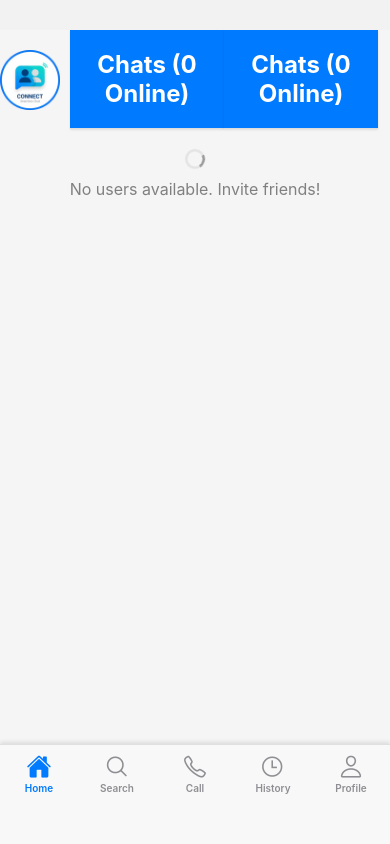
Repository: UdayRaj04/Chatapp_native
Screen: /MainTabs (app in ChatAppFrontend/)
An editor plug-in stored every save of this project. The screen is shown before and after a run of saves, followed by the edit.
The app was drawn by React Native's web renderer in a window 390 px wide. The project was rebuilt for these pictures with package versions that can differ from the ones it lists, and the page was loaded fresh each time. Some packages were replaced by stand-ins written for this rebuild. Also part of the build but not shown: ChatAppFrontend/screens/RegisterScreen.tsx, ChatAppFrontend/screens/ChatScreen.tsx, ChatAppFrontend/screens/SearchScreen.tsx, ChatAppFrontend/screens/AnalyticsScreen.tsx, ChatAppFrontend/screens/HistoryScreen.tsx, ChatAppFrontend/screens/ProfileScreen.tsx.

Above is the screen before, as saved 2025-09-09 17:52:13.

### ChatAppFrontend/App.tsx
import 'react-native-get-random-values';  // Polyfill first
import React from 'react';
import { NavigationContainer } from '@react-navigation/native';
import { createStackNavigator } from '@react-navigation/stack';
import { createBottomTabNavigator } from '@react-navigation/bottom-tabs';
import { Ionicons } from '@expo/vector-icons';
import { LogBox, View } from 'react-native';
import { SafeAreaProvider } from 'react-native-safe-area-context';  // New: For dynamic insets

// Suppress warnings
LogBox.ignoreLogs([
  'Text strings must be rendered within a <Text> component',
  'VirtualizedList: You have a large list that is slow to initial render',
  'Require cycle:',
  /Warning: [A-Za-z ]*Text strings[A-Za-z ]*/,
]);

// Your existing screens
import LoginScreen from './screens/LoginScreen';
import RegisterScreen from './screens/RegisterScreen';
import ChatListScreen from './screens/ChatListScreen';
import ChatScreen from './screens/ChatScreen';

// Placeholder screens (ensure they exist)
import SearchScreen from './screens/SearchScreen';
import AnalyticsScreen from './screens/AnalyticsScreen';
import HistoryScreen from './screens/HistoryScreen';
import ProfileScreen from './screens/ProfileScreen';

const Stack = createStackNavigator();
const Tab = createBottomTabNavigator();

// Main Tab Navigator (enhanced with safe area for no overlap)
function MainTabs() {
  return (
    <Tab.Navigator
      screenOptions={({ route }) => ({
        tabBarIcon: ({ focused, color, size }) => {
          let iconName: keyof typeof Ionicons.glyphMap;

          if (route.name === 'Chats') {
            iconName = focused ? 'home' : 'home-outline';
          } else if (route.name === 'Search') {
            iconName = focused ? 'search' : 'search-outline';
          } else if (route.name === 'Call') {
            iconName = focused ? 'call' : 'call-outline';
          } else if (route.name === 'History') {
            iconName = focused ? 'time' : 'time-outline';
          } else {
            iconName = focused ? 'person' : 'person-outline';
          }

          return <Ionicons name={iconName} size={size} color={color} />;
        },
        tabBarActiveTintColor: '#007AFF',
        tabBarInactiveTintColor: '#8e8e93',
        tabBarStyle: {
          backgroundColor: '#f8f8f8',
          borderTopWidth: 0.5,
          borderTopColor: '#e0e0e0',
          elevation: 8,
          shadowColor: '#000',
          shadowOffset: { width: 0, height: -2 },
          shadowOpacity: 0.1,
          shadowRadius: 4,
          height: 100,  // Increased: Taller tab bar (60 was too tight; 70 + labels)
          paddingBottom: 50,  // Reduced top padding for balance
          paddingTop: 5,
          position: 'absolute',  // Explicit: Ensures absolute positioning
          bottom: 0,  // Pin to bottom
          left: 0,
          right: 0,
          marginBottom: 0,  // No extra margin
        },
        tabBarLabelStyle: {
          fontSize: 10,
          fontWeight: '600',
          marginBottom: 0,  // Tight labels
        },
        headerShown: false,
        lazy: true,
        // New: Apply safe area padding to tab screens (prevents overlap)
        cardStyle: { paddingBottom: 0 },  // No extra card padding
      })}
    >
      <Tab.Screen name="Chats" component={ChatListScreen} options={{ title: 'Home' }} />
      <Tab.Screen name="Search" component={SearchScreen} options={{ title: 'Search' }} />
      <Tab.Screen name="Call" component={AnalyticsScreen} options={{ title: 'Call' }} />
      <Tab.Screen name="History" component={HistoryScreen} options={{ title: 'History' }} />
      <Tab.Screen name="Profile" component={ProfileScreen} options={{ title: 'Profile' }} />
    </Tab.Navigator>
  );
}

// Main App - Wrapped in SafeAreaProvider
export default function App() {
  return (
    <SafeAreaProvider>  {/* New: Enables useSafeAreaInsets() */}
      <View style={{ flex: 1 }}>
        <NavigationContainer>
          <Stack.Navigator
            initialRouteName="Login"
            screenOptions={{
              headerShown: false,
              cardStyle: { backgroundColor: '#f5f5f5' },
            }}
          >
            <Stack.Screen name="Login" component={LoginScreen} />
            <Stack.Screen name="Register" component={RegisterScreen} />
            <Stack.Screen name="MainTabs" component={MainTabs} />
            <Stack.Screen
              name="Chat"
              component={ChatScreen}
              options={{
                headerShown: true,
                headerTitle: 'Chat',
                headerStyle: { backgroundColor: '#007AFF' },
                headerTintColor: '#fff',
                presentation: 'modal',
                // Hide tabs in chat to avoid overlap
                tabBarStyle: { display: 'none' },
              }}
            />
          </Stack.Navigator>
        </NavigationContainer>
      </View>
    </SafeAreaProvider>
  );
}

### ChatAppFrontend/screens/LoginScreen.tsx
import React, { useState } from 'react';
import {
  View,
  TextInput,
  TouchableOpacity,
  Text,
  StyleSheet,
  Alert,
  ActivityIndicator,
  KeyboardAvoidingView,
  Platform,
  Image,  // New: For logo
} from 'react-native';
import { Ionicons } from '@expo/vector-icons';  // For input icons
import { useSafeAreaInsets } from 'react-native-safe-area-context';  // For insets (provider in App.tsx)
import { useNavigation } from '@react-navigation/native';  // For navigation
import AsyncStorage from '@react-native-async-storage/async-storage';
import axios, { AxiosError } from 'axios';

const API_BASE = 'http://192.168.29.93:5000/api';

interface LoginResponse {
  token: string;
  user: {
    id?: string;
    _id?: string;
    username: string;
    email: string;
  };
}

export default function LoginScreen() {
  const [email, setEmail] = useState<string>('');
  const [password, setPassword] = useState<string>('');
  const [loading, setLoading] = useState<boolean>(false);
  const [emailError, setEmailError] = useState<string>('');
  const [passwordError, setPasswordError] = useState<string>('');
  const navigation = useNavigation<any>();
  const insets = useSafeAreaInsets();  // Use insets from root provider

  const validateEmail = (email: string): boolean => {
    const emailRegex = /^[^\s@]+@[^\s@]+\.[^\s@]+$/;
    if (!email) {
      setEmailError('Email is required');
      return false;
    }
    if (!emailRegex.test(email)) {
      setEmailError('Invalid email format');
      return false;
    }
    setEmailError('');
    return true;
  };

  const validatePassword = (password: string): boolean => {
    if (!password) {
      setPasswordError('Password is required');
      return false;
    }
    if (password.length < 6) {
      setPasswordError('Password must be at least 6 characters');
      return false;
    }
    setPasswordError('');
    return true;
  };

  const handleLogin = async (): Promise<void> => {
    if (!validateEmail(email) || !validatePassword(password)) return;

    setLoading(true);
    try {
      const response = await axios.post<LoginResponse>(`${API_BASE}/auth/login`, {
        email,
        password,
      });
      await AsyncStorage.setItem('token', response.data.token);
      await AsyncStorage.setItem('user', JSON.stringify(response.data.user));
      navigation.replace('MainTabs');  // Navigate to tabs on success
    } catch (err) {
      const error = err as AxiosError;
      Alert.alert('Login Failed', error.response?.data?.error || 'Invalid credentials');
    } finally {
      setLoading(false);
    }
  };

  return (
    <KeyboardAvoidingView
      style={[styles.container, { paddingTop: insets.top }]}
      behavior={Platform.OS === 'ios' ? 'padding' : 'height'}
      enabled={true}
    >
      {/* Title with Logo */}
      <View style={styles.titleContainer}>
        {/* New: Bigger Logo */}
        <Image
          source={require('../assets/logos.png')}  // Adjust path if needed (e.g., '../../assets/logo.png')
          style={styles.logo}
          resizeMode="contain"
        />
        <Text style={styles.title}>Seamless Chat</Text>
        <Text style={styles.subtitle}>Welcome back! Sign in to continue</Text>
      </View>

      {/* Form */}
      <View style={styles.formContainer}>
        {/* Email Input */}
        <View style={styles.inputContainer}>
          <Ionicons name="mail" size={24} color="#999" style={styles.inputIcon} />
          <TextInput
            style={[styles.input, emailError ? styles.inputError : null]}
            value={email}
            onChangeText={(text) => {
              setEmail(text);
              if (emailError) validateEmail(text);
            }}
            placeholder="Email"
            keyboardType="email-address"
            autoCapitalize="none"
            onBlur={() => validateEmail(email)}
          />
        </View>
        {emailError ? <Text style={styles.errorText}>{emailError}</Text> : null}

        {/* Password Input */}
        <View style={styles.inputContainer}>
          <Ionicons name="lock-closed" size={24} color="#999" style={styles.inputIcon} />
          <TextInput
            style={[styles.input, passwordError ? styles.inputError : null]}
            value={password}
            onChangeText={(text) => {
              setPassword(text);
              if (passwordError) validatePassword(text);
            }}
            placeholder="Password"
            secureTextEntry={true}
            onBlur={() => validatePassword(password)}
          />
        </View>
        {passwordError ? <Text style={styles.errorText}>{passwordError}</Text> : null}

        {/* Login Button */}
        <TouchableOpacity
          style={[styles.button, loading ? styles.buttonDisabled : null]}
          onPress={handleLogin}
          disabled={loading}
          activeOpacity={0.7}
        >
          {loading ? (
            <ActivityIndicator size="small" color="#fff" />
          ) : (
            <Text style={styles.buttonText}>Login</Text>
          )}
        </TouchableOpacity>

        {/* Register Link */}
        <TouchableOpacity
          style={styles.linkContainer}
          onPress={() => navigation.navigate('Register')}
        >
          <Text style={styles.linkText}>Don't have an account? Register</Text>
        </TouchableOpacity>
      </View>
    </KeyboardAvoidingView>
  );
}

const styles = StyleSheet.create({
  container: {
    flex: 1,
    backgroundColor: '#f5f5f5',
    justifyContent: 'center',
    alignItems: 'center',
  },
  titleContainer: {
    alignItems: 'center',
    marginBottom: 50,  // Increased: More space after logo/title to form
  },
  // New: Logo Style (Bigger, Centered)
  logo: {
    width: 120,  // Bigger size - adjust as needed (e.g., 100 for smaller)
    height: 120,
    marginBottom: 20,  // Space between logo and title
    alignSelf: 'center',
  },
  title: {
    fontSize: 32,
    fontWeight: 'bold',
    color: '#333',
    marginBottom: 5,
  },
  subtitle: {
    fontSize: 16,
    color: '#666',
    textAlign: 'center',
  },
  formContainer: {
    width: '85%',  // Responsive width
    alignItems: 'center',
  },
  inputContainer: {
    flexDirection: 'row',
    alignItems: 'center',
    backgroundColor: '#fff',
    borderRadius: 10,
    marginBottom: 15,
    paddingHorizontal: 15,
    elevation: 2,
    shadowColor: '#000',
    shadowOffset: { width: 0, height: 1 },
    shadowOpacity: 0.1,
    shadowRadius: 2,
    width: '100%',
  },
  inputIcon: {
    marginRight: 10,
  },
  input: {
    flex: 1,
    paddingVertical: 12,
    fontSize: 16,
    color: '#333',
  },
  inputError: {
    borderWidth: 1,
    borderColor: '#ff6b6b',
  },
  errorText: {
    color: '#ff6b6b',
    fontSize: 12,
    marginBottom: 10,
    alignSelf: 'flex-start',
  },
  button: {
    backgroundColor: '#007AFF',
    borderRadius: 10,
    paddingVertical: 15,
    width: '100%',
    alignItems: 'center',
    marginTop: 10,
    elevation: 2,
    shadowColor: '#007AFF',
    shadowOffset: { width: 0, height: 2 },
    shadowOpacity: 0.2,
    shadowRadius: 4,
  },
  buttonDisabled: {
    backgroundColor: '#ccc',
  },
  buttonText: {
    color: '#fff',
    fontSize: 18,
    fontWeight: 'bold',
  },
  linkContainer: {
    marginTop: 20,
    alignItems: 'center',
  },
  linkText: {
    color: '#007AFF',
    fontSize: 16,
    textDecorationLine: 'underline',
  },
});

### ChatAppFrontend/screens/ChatListScreen.tsx
import React, { useState, useEffect } from 'react';
import {
  View,
  FlatList,
  Text,
  TouchableOpacity,
  StyleSheet,
  Alert,
  ActivityIndicator,
  Image,
} from 'react-native';
import { Ionicons } from '@expo/vector-icons';  // New: For user icons (person-circle)
import { useSafeAreaInsets } from 'react-native-safe-area-context';  // From previous (for padding)
import AsyncStorage from '@react-native-async-storage/async-storage';
import axios, { AxiosError } from 'axios';
import io, { Socket } from 'socket.io-client';

const API_BASE = 'http://192.168.29.93:5000/api';

interface User {
  _id: string;
  id?: string;
  username: string;
  email: string;
}

export default function ChatListScreen({ navigation }: { navigation: any }) {
  const [users, setUsers] = useState<User[]>([]);
  const [loading, setLoading] = useState<boolean>(true);
  const [currentUser, setCurrentUser] = useState<User | null>(null);
  const [socket, setSocket] = useState<Socket | null>(null);
  const [onlineUsers, setOnlineUsers] = useState<Set<string>>(new Set());

  // Safe area for dynamic padding (from previous)
  const insets = useSafeAreaInsets();
  const bottomPadding = Math.max(120, insets.bottom + 70);

  useEffect(() => {
    loadUser();
    fetchUsers();

    const initSocket = async () => {
      const token = await AsyncStorage.getItem('token');
      if (token) {
        const newSocket = io(API_BASE.replace('/api', ''), {
          auth: { token },
        });
        setSocket(newSocket);
        newSocket.on('connect_error', () => Alert.alert('Socket Error', 'Connection failed'));

        newSocket.on('userOnline', (data) => {
          console.log('User online:', data.userId);
          setOnlineUsers((prev) => new Set([...prev, data.userId]));
        });

        newSocket.on('userOffline', (data) => {
          console.log('User offline:', data.userId);
          setOnlineUsers((prev) => {
            const newSet = new Set(prev);
            newSet.delete(data.userId);
            return newSet;
          });
        });

        newSocket.on('onlineUsersList', (data) => {
          console.log('Initial online users:', data.onlineUsers);
          setOnlineUsers(new Set(data.onlineUsers));
        });

        newSocket.on('connect', () => {
          console.log('Socket connected - requesting online users');
          newSocket.emit('getOnlineUsers');
        });
      }
    };
    initSocket();

    return () => {
      socket?.disconnect();
    };
  }, []);

  const loadUser = async (): Promise<void> => {
    const userStr = await AsyncStorage.getItem('user');
    if (userStr) {
      setCurrentUser(JSON.parse(userStr));
    }
    setLoading(false);
  };

  const fetchUsers = async (): Promise<void> => {
    const token = await AsyncStorage.getItem('token');
    if (!token) return;
    try {
      const response = await axios.get<User[]>(`${API_BASE}/users`, {
        headers: { Authorization: `Bearer ${token}` },
      });
      const validUsers = response.data.filter(u =>
        u && u.username && (u._id || u.id) && typeof u.username === 'string'
      );
      setUsers(validUsers);
    } catch (err) {
      const error = err as AxiosError;
      Alert.alert('Error', error.response?.data?.error || 'Failed to load users');
    }
  };

  const startChat = (otherUser: User): void => {
    const userId = otherUser.id || otherUser._id;
    console.log('Starting chat with userId:', userId);
    if (!userId) {
      Alert.alert('Error', 'Invalid user data');
      return;
    }
    navigation.navigate('Chat', {
      otherUserId: userId,
      otherUserName: otherUser.username,
    });
  };

  const renderUser = ({ item }: { item: User }): JSX.Element => {
    if (!item || !item.username || !(item._id || item.id)) {
      return (
        <View style={styles.userItem}>
          <View style={styles.userContent}>
            <Text style={styles.username}>Invalid user entry</Text>
          </View>
        </View>
      );
    }
    const userId = item.id || item._id;
    const isOnline = onlineUsers.has(userId);
    const userIdShort = userId.substring(0, 8) + '...';
    return (
      <TouchableOpacity onPress={() => startChat(item)} style={styles.userItem} activeOpacity={0.7}>
        <View style={styles.userContent}>
          {/* New: User icon on left */}
          <View style={styles.iconContainer}>
            <Ionicons
              name="person-circle"
              size={50}
              color={isOnline ? '#007AFF' : '#ccc'}  // Green for online, gray for offline
            />
            {/* Optional: Small online dot (green circle below icon) */}
            {isOnline && (
              <View style={styles.onlineDot} />
            )}
          </View>
          {/* Text content on right */}
          <View style={styles.textContent}>
            <Text style={styles.username}>{item.username}</Text>
            {isOnline && <Text style={styles.onlineBadge}>Online</Text>}
            <Text style={styles.idText}>{"(ID: " + userIdShort + ")"}</Text>
          </View>
        </View>
      </TouchableOpacity>
    );
  };

  const renderEmpty = (): JSX.Element => (
    <View style={[styles.emptyContainer, { paddingBottom: bottomPadding }]}>
      <ActivityIndicator size="small" color="#999" />
      <Text style={styles.emptyText}>No users available. Invite friends!</Text>
    </View>
  );

  if (loading) {
    return (
      <View style={styles.loadingContainer}>
        <ActivityIndicator size="large" color="#0000ff" />
        <Text style={styles.loadingText}>Loading chats...</Text>
      </View>
    );
  }

  return (
    <View style={styles.container}>
      <View style={{
  flexDirection: 'row',       // 👈 Arrange items in a row
  alignItems: 'center',       // 👈 Vertically center icon & text
  marginRight: 12,
}}>
  <Image
    source={require('../assets/logos.png')}
    style={{ height: 60, width: 60, marginRight: 10 }}  // 👈 space between logo & text
  />
  <Text style={styles.title}>
    Chats ({onlineUsers.size} Online)
  </Text>
  <Text style={styles.title}>
    Chats ({onlineUsers.size} Online)
  </Text>
</View>
      <FlatList
        data={users}
        keyExtractor={(item, index) => (item._id || item.id || index.toString())}
        renderItem={renderUser}
        ListEmptyComponent={renderEmpty}
        contentContainerStyle={[styles.listContent, { paddingBottom: bottomPadding }]}
        style={{ flex: 1 }}
        keyboardShouldPersistTaps="handled"
        bounces={true}
        showsVerticalScrollIndicator={true}
        initialNumToRender={10}
        maxToRenderPerBatch={5}
        windowSize={10}
        removeClippedSubviews={true}
        extraData={users}
        getItemLayout={(data, index) => ({ length: 70, offset: 70 * index, index })}
      />
    </View>
  );
}

const styles = StyleSheet.create({
  container: {
    marginTop: 30,
    flex: 1,
    backgroundColor: '#f5f5f5',
  },
  title: {
    fontSize: 24,
    fontWeight: 'bold',
    padding: 20,
    color: '#ffffffff',
    textAlign: 'center',
    backgroundColor: '#007AFF',
    borderBottomWidth: 1,
    borderBottomColor: '#ddd',
    elevation: 2,
    shadowColor: '#000',
    shadowOffset: { width: 0, height: 1 },
    shadowOpacity: 0.1,
    shadowRadius: 2,
  },
  loadingContainer: {
    flex: 1,
    justifyContent: 'center',
    alignItems: 'center',
  },
  loadingText: {
    marginTop: 10,
    fontSize: 16,
    color: '#666',
  },
  listContent: {
    paddingHorizontal: 10,
  },
  userItem: {
    backgroundColor: '#fff',
    marginVertical: 5,
    marginHorizontal: 10,
    borderRadius: 10,
    padding: 15,
    elevation: 2,
    shadowColor: '#000',
    shadowOffset: { width: 0, height: 1 },
    shadowOpacity: 0.2,
    shadowRadius: 1.41,
    // New: Taller for icon row
    minHeight: 70,
  },
  userContent: {
    flex: 1,
    flexDirection: 'row',  // New: Row for icon + text
    alignItems: 'center',  // New: Vertical center
  },
  // New: Icon container (left side)
  iconContainer: {
    marginRight: 15,  // Space between icon and text
    position: 'relative',  // For online dot positioning
  },
  // New: Text content wrapper (right side)
  textContent: {
    flex: 1,  // Take remaining space
    flexDirection: 'column',  // Stack username, badge, ID
    justifyContent: 'flex-start',
  },
  username: {
    fontSize: 18,
    fontWeight: 'bold',
    marginBottom: 2,  // Small space before badge/ID
  },
  onlineBadge: {
    fontSize: 12,
    color: '#007AFF',
    fontWeight: 'bold',
    marginBottom: 2,
  },
  idText: {
    fontSize: 12,
    color: 'gray',
  },
  // New: Online status dot (small green circle under icon)
  onlineDot: {
    position: 'absolute',
    bottom: 0,
    right: 0,
    width: 12,
    height: 12,
    borderRadius: 6,
    backgroundColor: '#007AFF',
    borderWidth: 2,
    borderColor: '#fff',  // White border for visibility
  },
  emptyContainer: {
    justifyContent: 'center',
    alignItems: 'center',
    padding: 20,
  },
  emptyText: {
    fontSize: 16,
    color: 'gray',
    textAlign: 'center',
    marginTop: 10,
  },
});

Loaded but not shown: ChatAppFrontend/index.ts (common file)

After the next 2 saves:
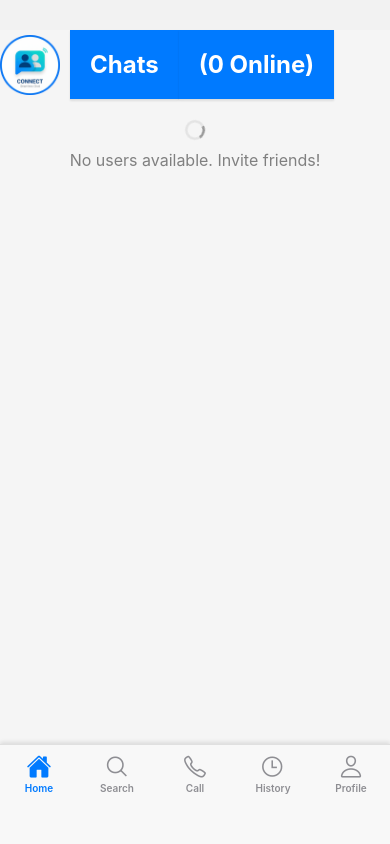
The 2 saves are shown as one change because they came seconds apart.
The last was saved 14 s later.
--- a/ChatAppFrontend/screens/ChatListScreen.tsx
+++ b/ChatAppFrontend/screens/ChatListScreen.tsx
@@ -185,10 +185,10 @@ export default function ChatListScreen({ navigation }: { navigation: any }) {
     style={{ height: 60, width: 60, marginRight: 10 }}  // 👈 space between logo & text
   />
   <Text style={styles.title}>
-    Chats ({onlineUsers.size} Online)
+    Chats
   </Text>
   <Text style={styles.title}>
-    Chats ({onlineUsers.size} Online)
+    ({onlineUsers.size} Online)
   </Text>
 </View>
       <FlatList
